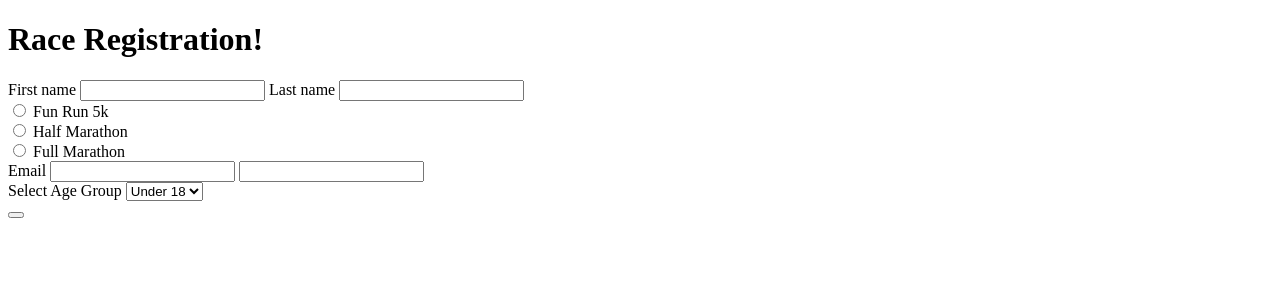
Repository: zhFIsHappy/UdemyFullStack
Page: marathonForm.html
The author's editor kept a copy of each file at every save. The page is drawn from the files as they stood at one save, then again after the next save.
The browser window is 1280 px wide. The pictures show the whole page.

Above is the page before, as saved 2021-12-30 21:13:02.

### marathonForm.html
<!DOCTYPE html>
<html lang="en">
<head>
    <meta charset="UTF-8">
    <meta http-equiv="X-UA-Compatible" content="IE=edge">
    <meta name="viewport" content="width=device-width, initial-scale=1.0">
    <title>Register Form</title>
</head>
<body>
    <h1>Race Registration!</h1>
    <form action = "">
        <div>
            <label for="first">First name</label>
            <input type="text" id="race" name = "firstname">
            <label for="last">Last name</label>
            <input type="text" id="race" name="lastname">
        </div>
        <div>
            <input type="radio" name="race" id="funrun" value = "funrun">
            <label for="last">Fun Run 5k</label>
        </div>
        <div>
            <input type="radio" id="race" name="half" value = "half">
            <label for="half">Half Marathon</label>
        </div>
        <div>
            <input type="radio" id="race" name="full" value = "full">
            <label for="full">Full Marathon</label>
        </div>
        <div>
            <label for="email">Email</label>
            <input type = "email" name = "email" id = "email">
            <label for ="password" name = "password" id = "password"></label>
            <input type = "password" name = "password" id ="password">
        </div>

        <div>
            <label for="division">Select Age Group</label>
            <select name = "division" id ="division">
                <option value = "kids">Under 18</option>
                <option value="ya">18-30</option>
                <option value="adults">30-50</option>
                <option value="seniors">50-80</option>
            </select>
        </div>
        <button
    </form>
</body>
</html>

After the next save:
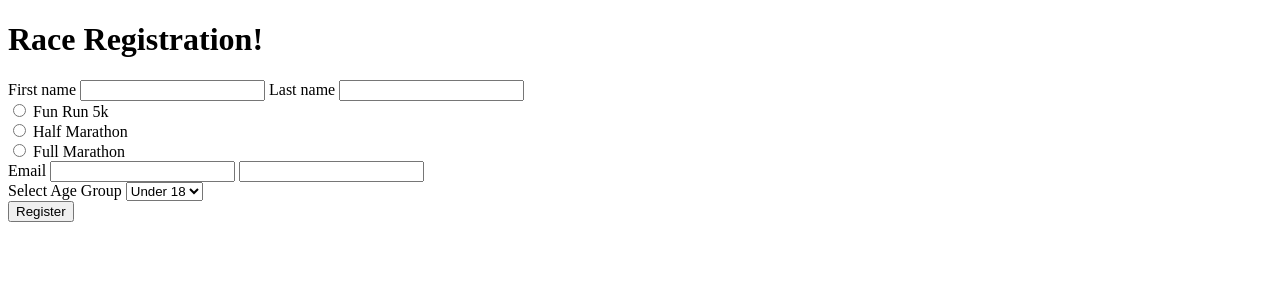
Saved 5 s later.
--- a/marathonForm.html
+++ b/marathonForm.html
@@ -43,7 +43,7 @@
                 <option value="seniors">50-80</option>
             </select>
         </div>
-        <button
+        <button>Register</button>
     </form>
 </body>
 </html>
